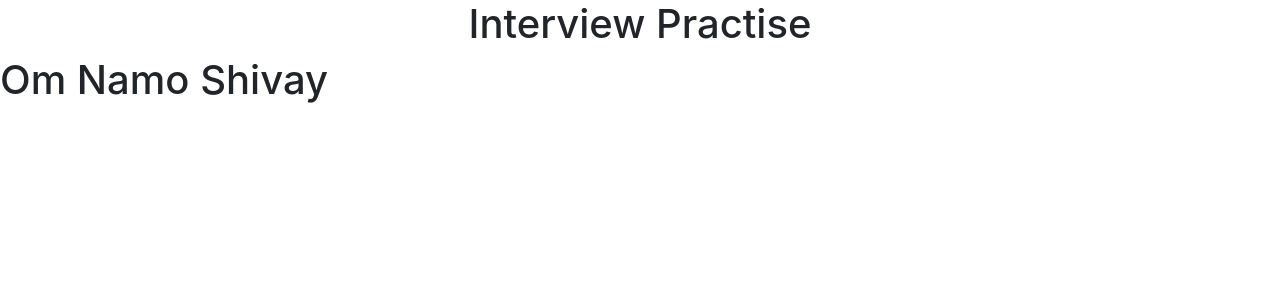
Repository: punitbathija/Machine-Round-React
Page: /
An editor plug-in stored every save of this project. The page is shown before and after the next save, followed by the edit.
The browser window is 1280 px wide. The pictures show the whole page.
The project was rebuilt for these pictures with package versions that can differ from the ones it lists, and the page was loaded fresh each time. Also part of the build but not shown: src/components/counter.jsx, src/components/ProgressBar.js.

Above is the page before, as saved 2023-06-01 13:13:12.

### src/index.js
import React from "react";
import ReactDOM from "react-dom/client";
import Counter from "./components/counter";
import "./index.css";
import ProgressBar from "./components/ProgressBar";
import CurrencyCoverter from "./components/CurrencyCoverter";
// import FetchApi from "./components/FetchApi";

const root = ReactDOM.createRoot(document.getElementById("root"));
root.render(
  <>
    <h1 className="text-center">Interview Practise</h1>
    {/* <Counter /> */}
    {/* <FetchApi /> */}
    {/* <ProgressBar /> */}
    <CurrencyCoverter />
  </>
);

### src/components/CurrencyCoverter.js
import React, { useState } from "react";

const CurrencyCoverter = () => {
  const [amount, setAmount] = useState(0);
  const [inDollars, setInDollars] = useState(0);
  const [inPounds, setInPounds] = useState(0);

  return (
    <div>
      <h1>Om Namo Shivay</h1>
    </div>
  );
};

export default CurrencyCoverter;

Loaded but not shown: public/index.html (common file); src/index.css (common file)

After the next save:
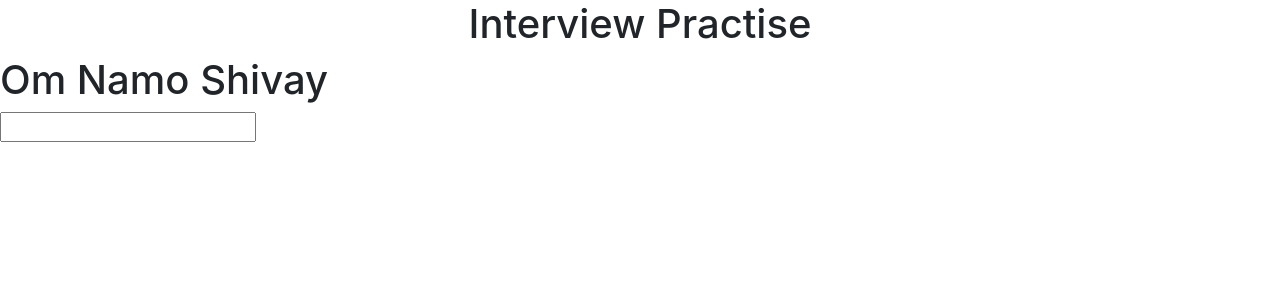
Saved 29 s later.
--- a/src/components/CurrencyCoverter.js
+++ b/src/components/CurrencyCoverter.js
@@ -8,6 +8,7 @@ const CurrencyCoverter = () => {
   return (
     <div>
       <h1>Om Namo Shivay</h1>
+      <input type="number" />
     </div>
   );
 };
